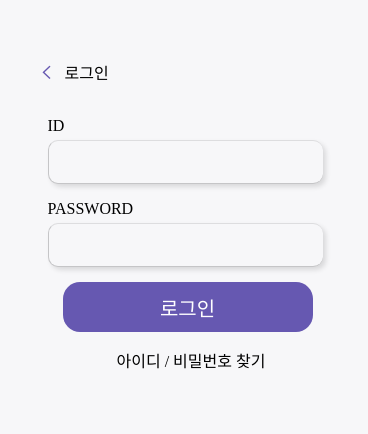
Repository: PEPI-dev/UI
Page: login/login.html
These files come from the project's save history. The page is drawn as it stood at one moment and after the next save; the edit follows.
The browser window is 360 px wide. The page is 368 px wide, so the pictures cover 368 px, including what lies to the right of the window. The pictures show the whole page.
Some web fonts or font styles are not loaded; a fallback is used.

Above is the page before, as saved 2023-12-04 17:15:23.

After the next save:
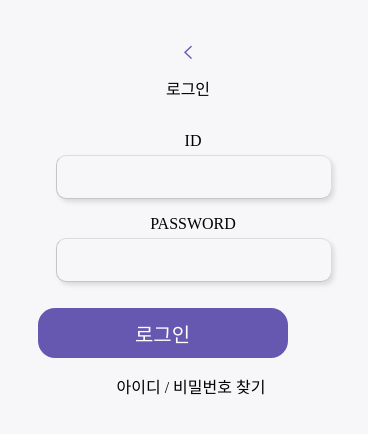
Saved 75 s later.
--- a/login/login.css
+++ b/login/login.css
@@ -29,7 +29,9 @@ body {
 
 #div_back {
     display: flex;
+    flex-direction: column;
     align-items: center;
+    margin-top: 20px;
     margin-bottom: 10px;
 }
 
@@ -37,15 +39,13 @@ body {
     border: none;
     background: none;
     cursor: pointer;
-    margin-right: 10px;
 }
 
 /* 입력폼 */
-
 .input_form {
     display: flex;
     flex-direction: column;
-    align-items: flex-start;
+    align-items: center;
 }
 
 .txt_input {
@@ -63,6 +63,7 @@ body {
     border: 0px;
     width: 277px;
     height: 50px;
+    margin-top: 10px;
 }
 
 .field {
@@ -86,9 +87,7 @@ body {
         height: auto;
     }
 
-
     /* 뒤로가기 */
-
     #text_login {
         margin-left: 10px;
     }
@@ -98,23 +97,20 @@ body {
         margin-top: 35px;
     }
 
-
     /* 입력폼 */
-
     .input_form {
         display: flex;
         flex-direction: column;
-        align-items: flex-start;
+        align-items: center;
+        margin-top: 15px;
         margin-left: 10px;
         width: 291px;
-        margin-bottom: 15px;
     }
-
 
     #login {
         width: 250px;
         height: 50px;
-        margin-left: 25px;
+        margin-top: 10px;
     }
 
     .txt_input {

After the save that followed:
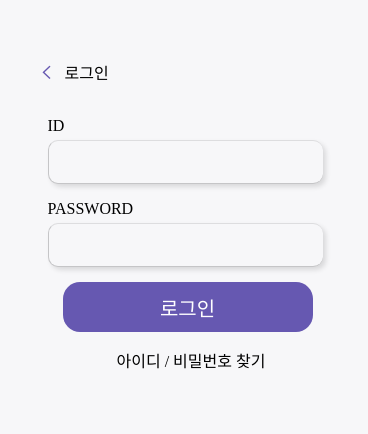
Saved 5 s later.
--- a/login/login.css
+++ b/login/login.css
@@ -29,9 +29,7 @@ body {
 
 #div_back {
     display: flex;
-    flex-direction: column;
     align-items: center;
-    margin-top: 20px;
     margin-bottom: 10px;
 }
 
@@ -39,13 +37,15 @@ body {
     border: none;
     background: none;
     cursor: pointer;
+    margin-right: 10px;
 }
 
 /* 입력폼 */
+
 .input_form {
     display: flex;
     flex-direction: column;
-    align-items: center;
+    align-items: flex-start;
 }
 
 .txt_input {
@@ -63,7 +63,6 @@ body {
     border: 0px;
     width: 277px;
     height: 50px;
-    margin-top: 10px;
 }
 
 .field {
@@ -87,7 +86,9 @@ body {
         height: auto;
     }
 
+
     /* 뒤로가기 */
+
     #text_login {
         margin-left: 10px;
     }
@@ -97,20 +98,23 @@ body {
         margin-top: 35px;
     }
 
+
     /* 입력폼 */
+
     .input_form {
         display: flex;
         flex-direction: column;
-        align-items: center;
-        margin-top: 15px;
+        align-items: flex-start;
         margin-left: 10px;
         width: 291px;
+        margin-bottom: 15px;
     }
+
 
     #login {
         width: 250px;
         height: 50px;
-        margin-top: 10px;
+        margin-left: 25px;
     }
 
     .txt_input {
